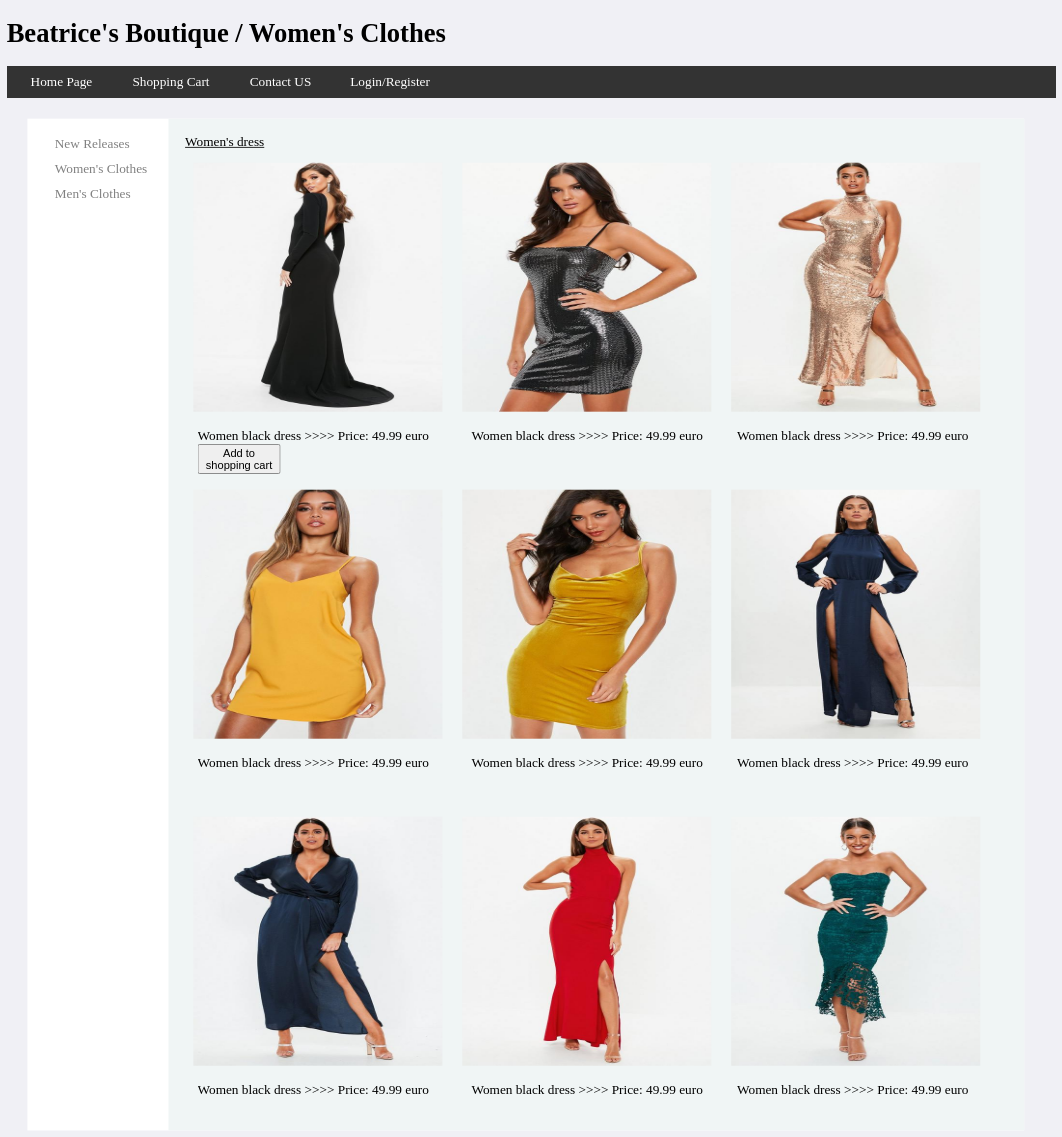
Repository: IosifDobos/Beatrice-Boutique
Page: http://localhost/BeatriceBoutique/womensClothes.jsp
The author's editor kept a copy of each file at every save. The page is drawn from the files as they stood at one save, then again after the next save.
The browser window is 1280 px wide. The pictures show the whole page, at 83% of full size.
The page is served by Tomcat 9. Other server files are loaded and not shown.

Above is the page before, as saved 2018-12-04 17:52:55.

### BeatriceBoutique/Java/WorkSpace/BeatriceBoutique/WebContent/womensClothes.jsp
<!DOCTYPE html >
<html>
<head>
<meta http-equiv="Content-Type" content="text/html; charset=ISO-8859-1">
<link rel="stylesheet" type="text/css" href="styleSheet.css">
<title>Women's Clothes</title>
</head>
<body>

	<h1>Beatrice's Boutique / Women's Clothes</h1>

	<ul>
		<li><a href="homePage.html">Home Page</a></li>
		<li><a href="shoppingCart.html">Shopping Cart</a></li>
		<li><a href="contact.html">Contact US</a></li>
		<li><a href="login.html">Login/Register</a></li>
	</ul>


	<div class = "container">
		<!-- left side of the container where menu is displayed -->
		<div id="sidemenu">
			<a href="#">New Releases</a>
			<a href="womensClothes.html">Women's Clothes</a>
			<a href="#">Men's Clothes</a>
		</div>
		<!-- right side of the container -->
		<div id="right-side">
			<p><u>Women's dress</u></p>

			<img alt="dress" src="womens-img/black-open-back-maxi-dress.jpg" width="300" height="300" style="margin-left: 10px;">

			<img alt="dress1" src="womens-img/black-sewn-through-disc-bodycon-mini-dress.jpg" width="300" height="300" style="margin-left: 20px;">

			<img alt="dress2" src="womens-img/gold-sequin-choker-maxi-dress.jpg" width="300" height="300" style="margin-left: 20px;">
			<div id="product-1">
				<p>Women black dress >>>>  Price: 49.99 euro</p>
			</div>
			<div id="product-2">
				<p>Women black dress >>>>  Price: 49.99 euro</p>
			</div>
			<div id="product-3">
				<p>Women black dress >>>>  Price: 49.99 euro</p>
			</div>
			<div id ="button-url">
				<button data-url="shoppingCart.html" type="button" title="Add to shopping cart"
				class="button">
						Add to shopping cart
				</button>
			</div>
			<br><br><br><br><br><br>
			<img alt="dress3" src="womens-img/mustard-cami-shift-dress.jpg" width="300" height="300" style="margin-left: 10px;">

			<img alt="dress4" src="womens-img/mustard-velvet-cowl-mini-dress.jpg" width="300" height="300" style="margin-left: 20px;">

			<img alt="dress5" src="womens-img/navy-split-front-maxi-dress.jpg" width="300" height="300" style="margin-left: 20px;">
			<div id="product-1">
				<p>Women black dress >>>>  Price: 49.99 euro</p>
			</div>
			<div id="product-2">
				<p>Women black dress >>>>  Price: 49.99 euro</p>
			</div>
			<div id="product-3">
				<p>Women black dress >>>>  Price: 49.99 euro</p>
			</div>
			<br><br><br><br><br><br>
			<img alt="dress6" src="womens-img/plus-size-navy-wrap-front-knot-dress.jpg" width="300" height="300" style="margin-left: 10px;">

			<img alt="dress7" src="womens-img/red-choker-maxi-dress.jpg" width="300" height="300" style="margin-left: 20px;">

			<img alt="dress8" src="womens-img/teal-lace-bandeau-bust-cup-midi-dress.jpg" width="300" height="300" style="margin-left: 20px;">
			<div id="product-1">
				<p>Women black dress >>>>  Price: 49.99 euro</p>
			</div>
			<div id="product-2">
				<p>Women black dress >>>>  Price: 49.99 euro</p>
			</div>
			<div id="product-3">
				<p>Women black dress >>>>  Price: 49.99 euro</p>
			</div>
			<br><br><br><br>
		</div>

	</div>

</body>
</html>

### BeatriceBoutique/Java/WorkSpace/BeatriceBoutique/WebContent/styleSheet.css
@charset "UTF-8";

body{
	background-color: #f0f0f5;
}

ul {
	position: -webkit-sticky;
	position: sticky;
    list-style-type: none;
    top: 0;
    margin: 0;
    padding: 0;
    overflow: hidden;
    background-color: #333;
}

li{
	float: left;
}

li a{
	display: block;
	color: white;
	text-align: center;
	padding: 10px 16px;
	text-decoration: none;
	width: 100px;

}

li a:hover {
    background-color: #555;
    color: white;
}

.active {
    background-color: #4CAF50;
    color: white;
}

.container{
	margin-top: 25px;
	margin-left: 25px;
	margin-right: 25px;
	background-color:  white;
	min-height: 400px;
	width: 95%;
}

/*#container:after{
	content: "";
	display: table;
	clear: both;
} */



#sidemenu {
    min-height: 100px;; /* Full-height: remove this if you want "auto" height */
    width: 150px;; /* Set the width of the sidebar */
    position: fixed; /* Fixed Sidebar (stay in place on scroll) */
    z-index: 1; /* Stay on top */
    top: 150px; /* Stay at the top */
    left: 50px;
    background-color: ; /* Black */
    overflow-x: hidden; /* Disable horizontal scroll */
    padding: 8px 0;
}

#sidemenu a {
    padding: 6px 8px 6px 16px;
    text-decoration: none;
    font-size: 16px;
    color: #818181;
    display: block;
}

/* When you mouse over the navigation links, change their color */
#sidemenu a:hover {
    color: #679898;
}

/* Style page content */
#right-side {
    margin-left: 170px; /* Same as the width of the sidebar */
    padding: 3px 5px 20px 20px;
    background-color: #f0f5f5;
    min-height: 300px;
}


/* #right-side{
	float: right;
	margin-right: 20px;
	width: 60%;
} */


#product-1{
	position: absolute;
	margin-left: 15px;
}

#product-2{
	position: absolute;
	margin-left: 345px;
}

#product-3{
	position: absolute;
	margin-left: 665px;
}

#button-url{
	position: absolute;
	margin-top: 35px;
	margin-left: 15px;
	width: 100px;
	height: 100px;
}


/* Responsive layout - when the screen is less than 600px wide, make the two columns stack on top of each other instead of next to each other */
@media screen and (max-width: 600px) {
    .col-25, .col-75, input[type=submit] {
        width: 100%;
        margin-top: 0;
    }
}

@media screen and (max-height: 450px) {
    #sidemenu {padding-top: 15px;}
    #sidemenu a {font-size: 18px;}
}

After the next save:
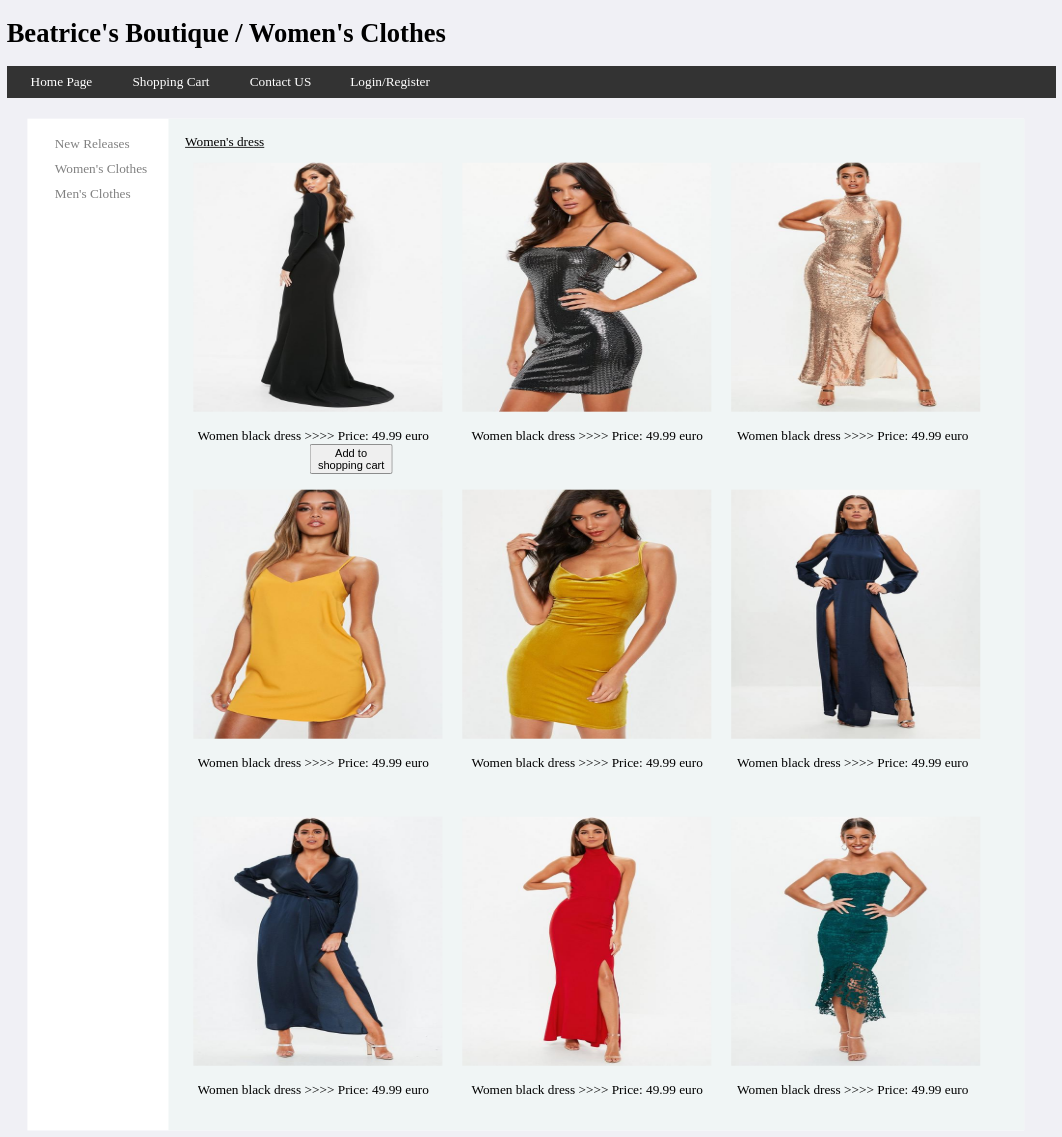
Saved 16 s later.
--- a/BeatriceBoutique/Java/WorkSpace/BeatriceBoutique/WebContent/styleSheet.css
+++ b/BeatriceBoutique/Java/WorkSpace/BeatriceBoutique/WebContent/styleSheet.css
@@ -115,7 +115,7 @@ li a:hover {
 #button-url{
 	position: absolute;
 	margin-top: 35px;
-	margin-left: 15px;
+	margin-left: 150px;
 	width: 100px;
 	height: 100px;
 }
